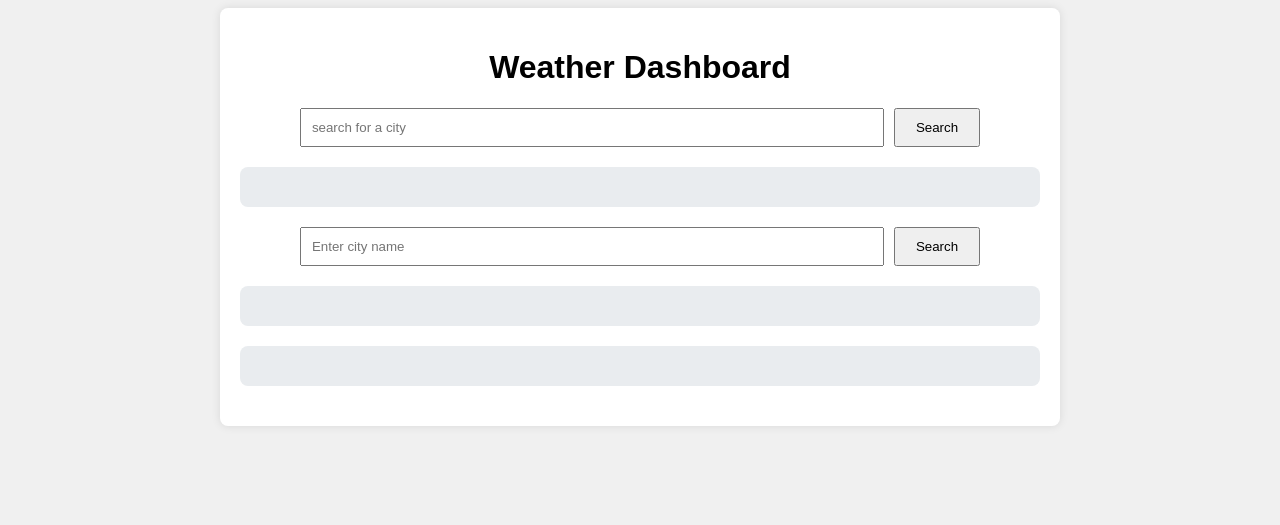
Repository: PaigeC001/WeatherOutlookTracker
Page: WeatherOutlookTracker/index.html
An editor plug-in stored every save of this project. The page is shown before and after the next save, followed by the edit.
The browser window is 1280 px wide. The pictures show the whole page.

Above is the page before, as saved 2024-07-16 04:05:44.

### WeatherOutlookTracker/index.html
<!DOCTYPE html>
<html lang="en">
<head>
    <meta charset="UTF-8">
    <meta name="viewport" content="width=device-width, initial-scale=1.0">
    <title>Weather Dashboard</title>
    <link rel="stylesheet" href="styles.css">
</head>
<body>
    <div class="container">
        <h1>Weather Dashboard</h1>
    </header>
    <main>
        <section class="search-section">
            <input type="text" id="city-input" placeholder="search for a city">
            <button id="search-button">Search</button>
            <div id="search-history" class="search-history"></div>
        </section>
        <section id="current-weather" class="current-weather"></section>

    </main>
        <div class="search-section">
            <input type="text" id="city-input" placeholder="Enter city name">
            <button id="search-button">Search</button>
        </div>
        <div class="search-history" id="search-history"></div>
        <div class="current-weather" id="current-weather"></div>
        <div class="forecast" id="forecast"></div>
    </div>
    <script src="script.js"></script>
</body>
</html>

### WeatherOutlookTracker/styles.css
body {
    font-family: Arial, sans-serif;
    background-color: #f0f0f0;
}

.container {
    max-width: 800px;
    margin: auto;
    padding: 20px;
    background-color: white;
    border-radius: 8px;
    box-shadow: 0 0 10px rgba(0, 0, 0, 0.1);
}

h1 {
    text-align: center;
}

.search-section {
    display: flex;
    justify-content: center;
    margin-bottom: 20px;
}

#city-input {
    width: 70%;
    padding: 10px;
    margin-right: 10px;
}

#search-button {
    padding: 10px 20px;
    cursor: pointer;
}

.search-history {
    margin-bottom: 20px;
}

.search-history button {
    display: block;
    width: 100%;
    margin: 5px 0;
    padding: 10px;
    cursor: pointer;
    background-color: #007bff;
    color: white;
    border: none;
    border-radius: 4px;
}

.current-weather, .forecast {
    margin-bottom: 20px;
    padding: 20px;
    background-color: #e9ecef;
    border-radius: 8px;
}

.forecast .forecast-item {
    display: inline-block;
    width: 18%;
    margin-right: 2%;
    background-color: white;
    padding: 10px;
    border-radius: 8px;
    text-align: center;
}

### WeatherOutlookTracker/script.js
const apiKey = 'fe4d8bc132a06db690ae7d80bd8988ae';
const searchButton = document.getElementById('search-button');
const cityInput = document.getElementById('city-input');
const currentWeather = document.getElementById('current-weather');
const forecast = document.getElementById('forecast');
const searchHistory = document.getElementById('search-history');

let cities = [];

searchButton.addEventListener('click', () => {
    const city = cityInput.value;
    if (city && !cities.includes(city)) {
        cities.push(city);
        updateSearchHistory();
        getWeather(city);
    }
});

searchHistory.addEventListener('click', (event) => {
    if (event.target.tagName === 'BUTTON') {
        const city = event.target.textContent;
        getWeather(city);
    }
});

function updateSearchHistory() {
    searchHistory.innerHTML = '';
    cities.forEach(city => {
        const button = document.createElement('button');
        button.textContent = city;
        searchHistory.appendChild(button);
    });
}

function getWeather(city) {
    fetch(`https://api.openweathermap.org/data/2.5/weather?q=${city}&appid=${apiKey}&units=metric`)
        .then(response => response.json())
        .then(data => {
            displayCurrentWeather(data);
            return fetch(`https://api.openweathermap.org/data/2.5/forecast?q=${city}&appid=${apiKey}&units=metric`);
        })
        .then(response => response.json())
        .then(data => {
            displayForecast(data);
        })
        .catch(error => {
            console.error('Error fetching weather data:', error);
        });
}

function displayCurrentWeather(data) {
    const { name, dt, weather, main, wind } = data;
    currentWeather.innerHTML = `
        <h2>${name}</h2>
        <p>${new Date(dt * 1000).toLocaleDateString()}</p>
        <img src="https://openweathermap.org/img/wn/${weather[0].icon}.png" alt="${weather[0].description}">
        <p>Temperature: ${main.temp} °C</p>
        <p>Humidity: ${main.humidity}%</p>
        <p>Wind Speed: ${wind.speed} m/s</p>
    `;
}

function displayForecast(data) {
    forecast.innerHTML = '<h3>5-Day Forecast</h3>';
    const forecastList = data.list.filter((_, index) => index % 8 === 0);
    forecastList.forEach(item => {
        const { dt, weather, main, wind } = item;
        const forecastItem = document.createElement('div');
        forecastItem.className = 'forecast-item';
        forecastItem.innerHTML = `
            <p>${new Date(dt * 1000).toLocaleDateString()}</p>
            <img src="https://openweathermap.org/img/wn/${weather[0].icon}.png" alt="${weather[0].description}">
            <p>Temp: ${main.temp} °C</p>
            <p>Humidity: ${main.humidity}%</p>
            <p>Wind: ${wind.speed} m/s</p>
        `;
        forecast.appendChild(forecastItem);
    });
}

After the next save:
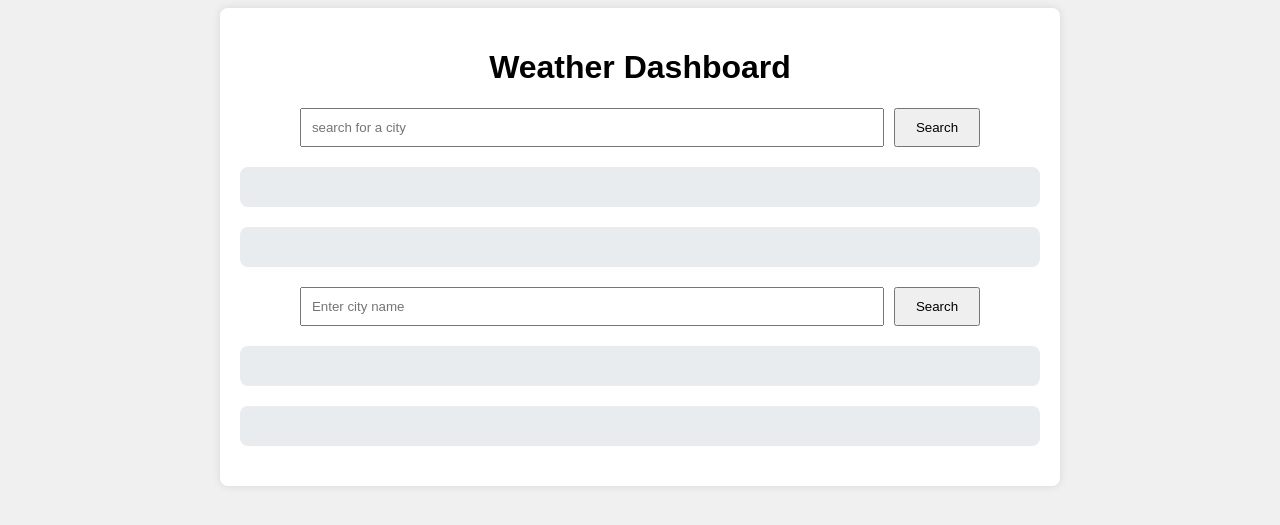
Saved 77 s later.
--- a/WeatherOutlookTracker/index.html
+++ b/WeatherOutlookTracker/index.html
@@ -17,6 +17,7 @@
             <div id="search-history" class="search-history"></div>
         </section>
         <section id="current-weather" class="current-weather"></section>
+        <section id="forecast" class="forecast">
 
     </main>
         <div class="search-section">
